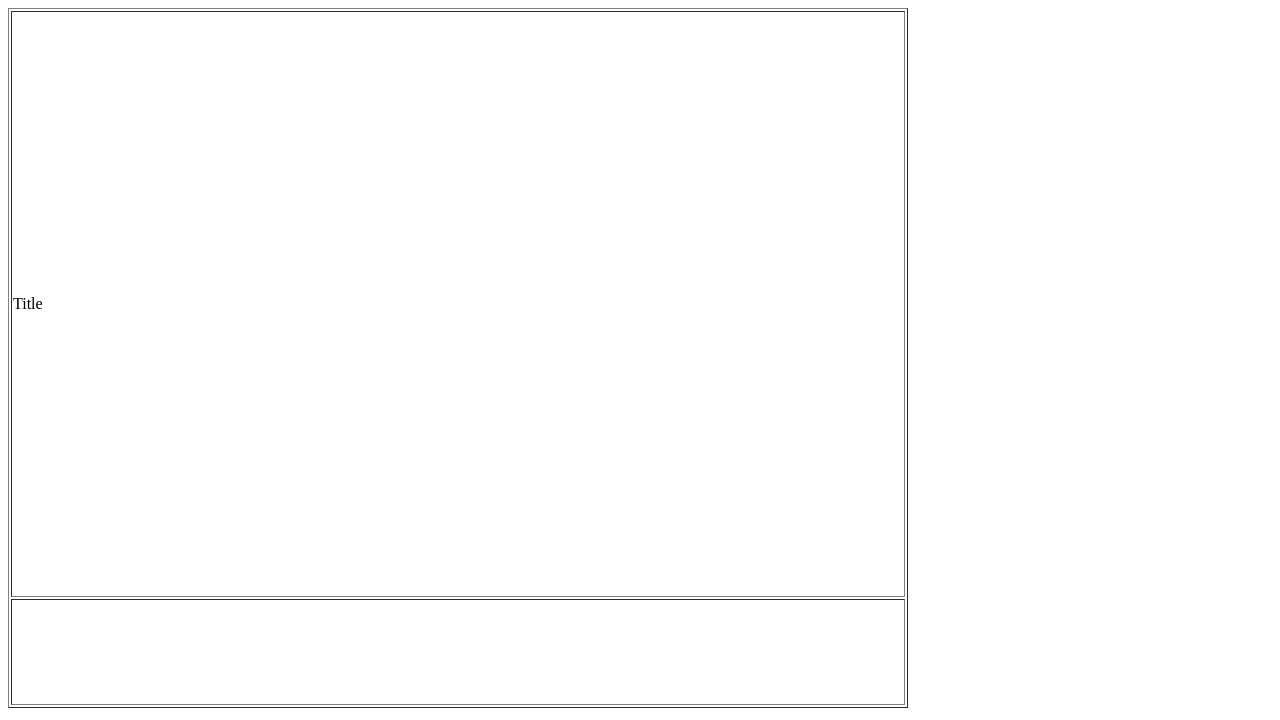
Repository: Hwangjiwon/MultiCampus
Page: 2Study/WebContent/audio_video.html
These files come from the project's save history. The page is drawn as it stood at one moment and after the next save; the edit follows.
The browser window is 1280 px wide. The pictures show the whole page.

Above is the page before, as saved 2019-05-30 02:20:56.

### 2Study/WebContent/audio_video.html
<!DOCTYPE html>
<html>
<head>
<meta charset="UTF-8">
<title>Insert title here</title>
</head>
<body>
	<table border="1" width="900" height="700">
		<tr><td colspan="2">Title</td></tr>
		<tr><td colspan="2"> </td></tr>
	</table>
</body>
</html>

After the next save:
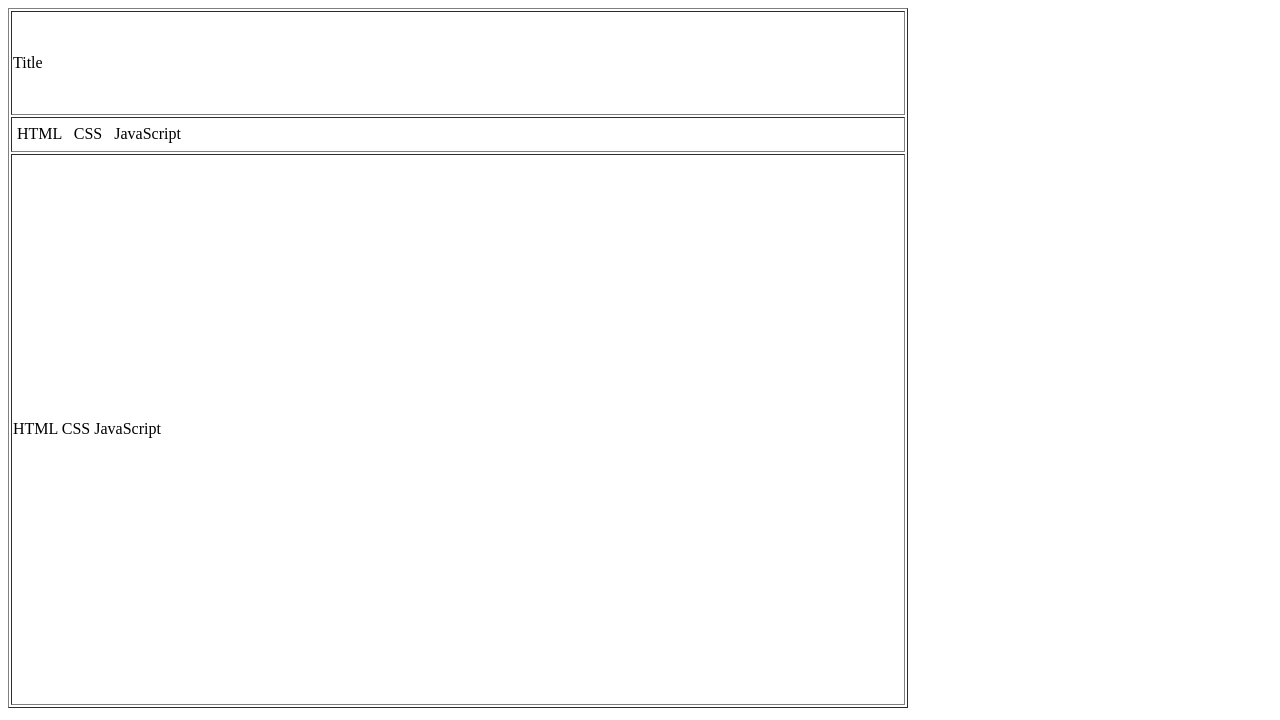
Saved 3 min 45 s later.
--- a/2Study/WebContent/audio_video.html
+++ b/2Study/WebContent/audio_video.html
@@ -6,8 +6,10 @@
 </head>
 <body>
 	<table border="1" width="900" height="700">
-		<tr><td colspan="2">Title</td></tr>
-		<tr><td colspan="2"> </td></tr>
+		<tr height="15%"><td colspan="2">Title</td></tr>
+		<tr height="5%"><td colspan="2"> &nbsp;HTML &nbsp; CSS &nbsp; JavaScript &nbsp; </td></tr>
+		<tr width="20%"><td colspan="2"> HTML CSS JavaScript </td></tr>
+
 	</table>
 </body>
 </html>
